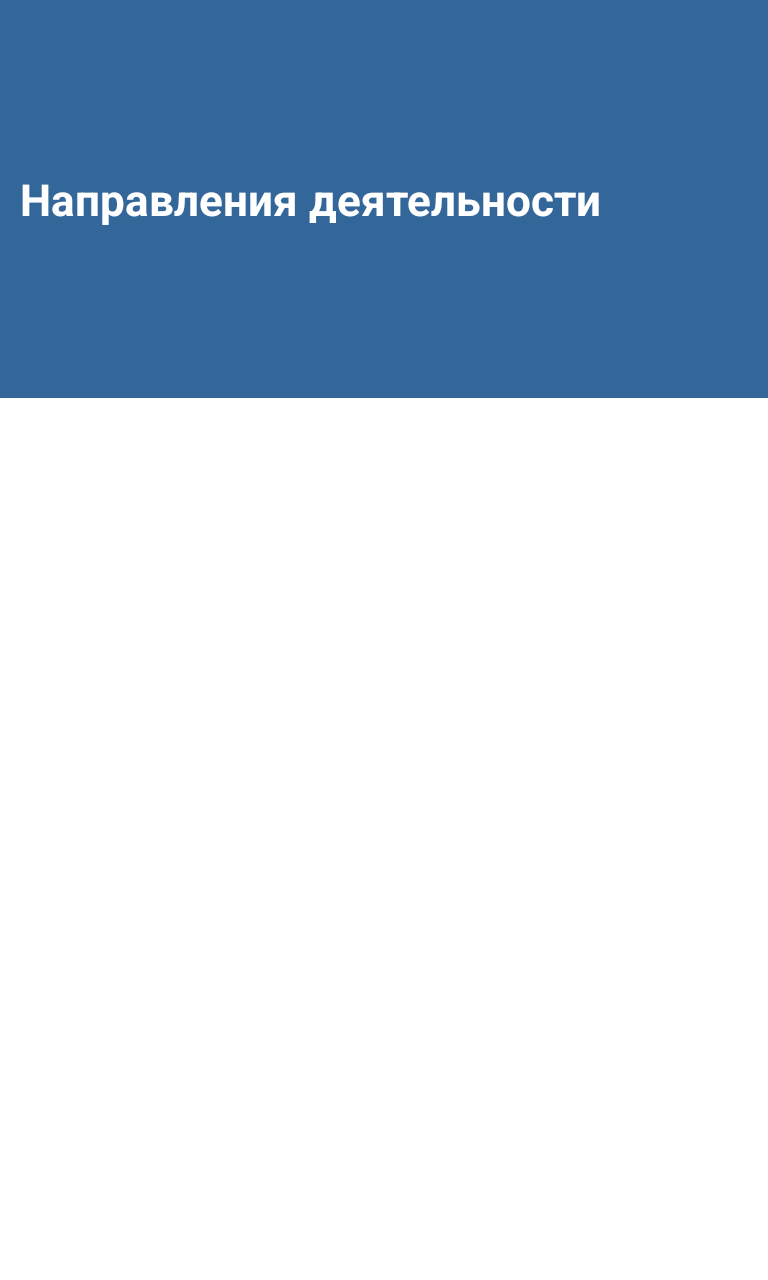
Repository: complexityclass/GosClient
Layout: Client/res/layout/list_header_row_main.xml
These files come from the project's save history. The layout is drawn as it stood at one moment and after the next save; the edit follows.
It is drawn on a 768 x 1280 px phone screen (xhdpi) without system bars, with theme AppTheme; the app's code is not run.

Above is the layout before, as saved 2013-02-28 13:22:43.

### Client/res/layout/list_header_row_main.xml
<?xml version="1.0" encoding="utf-8"?>
<LinearLayout
    xmlns:android="http://schemas.android.com/apk/res/android"
    android:orientation="horizontal"
    android:layout_width="fill_parent"
    android:layout_height="fill_parent">

    <TextView
        android:id="@+id/txtHeader"
        android:layout_width="fill_parent"
        android:layout_height="199dp"
        android:background="#336699"
        android:gravity="center_vertical"
        android:padding="10dp"
        android:text="Направления деятельности"
        android:textColor="#FFFFFF"
        android:textSize="22dp"
        android:textStyle="bold" />


</LinearLayout>

Loaded but not shown: Client/res/values-v11/styles.xml (common file); Client/res/values-v14/styles.xml (common file); Client/res/values/styles.xml (common file)

After the next save:
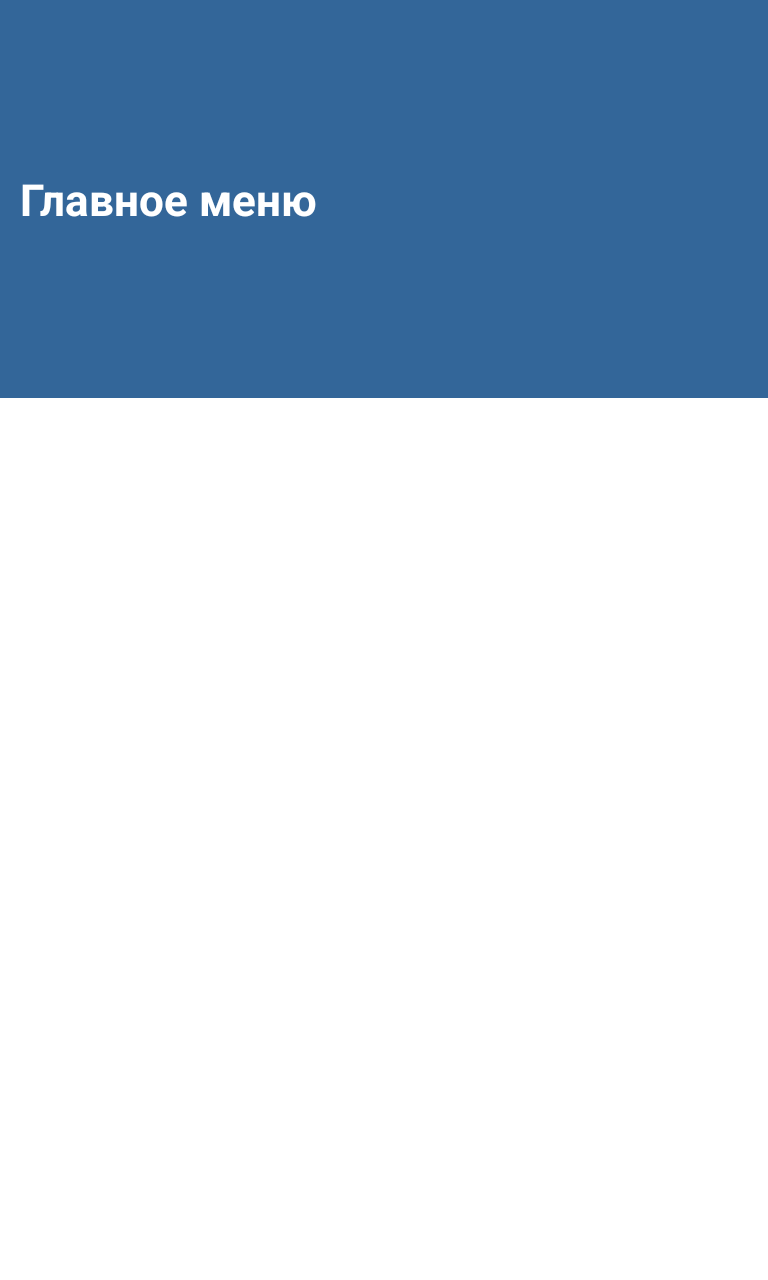
Saved 19 s later.
--- a/Client/res/layout/list_header_row_main.xml
+++ b/Client/res/layout/list_header_row_main.xml
@@ -12,7 +12,7 @@
         android:background="#336699"
         android:gravity="center_vertical"
         android:padding="10dp"
-        android:text="Направления деятельности"
+        android:text="Главное меню"
         android:textColor="#FFFFFF"
         android:textSize="22dp"
         android:textStyle="bold" />
